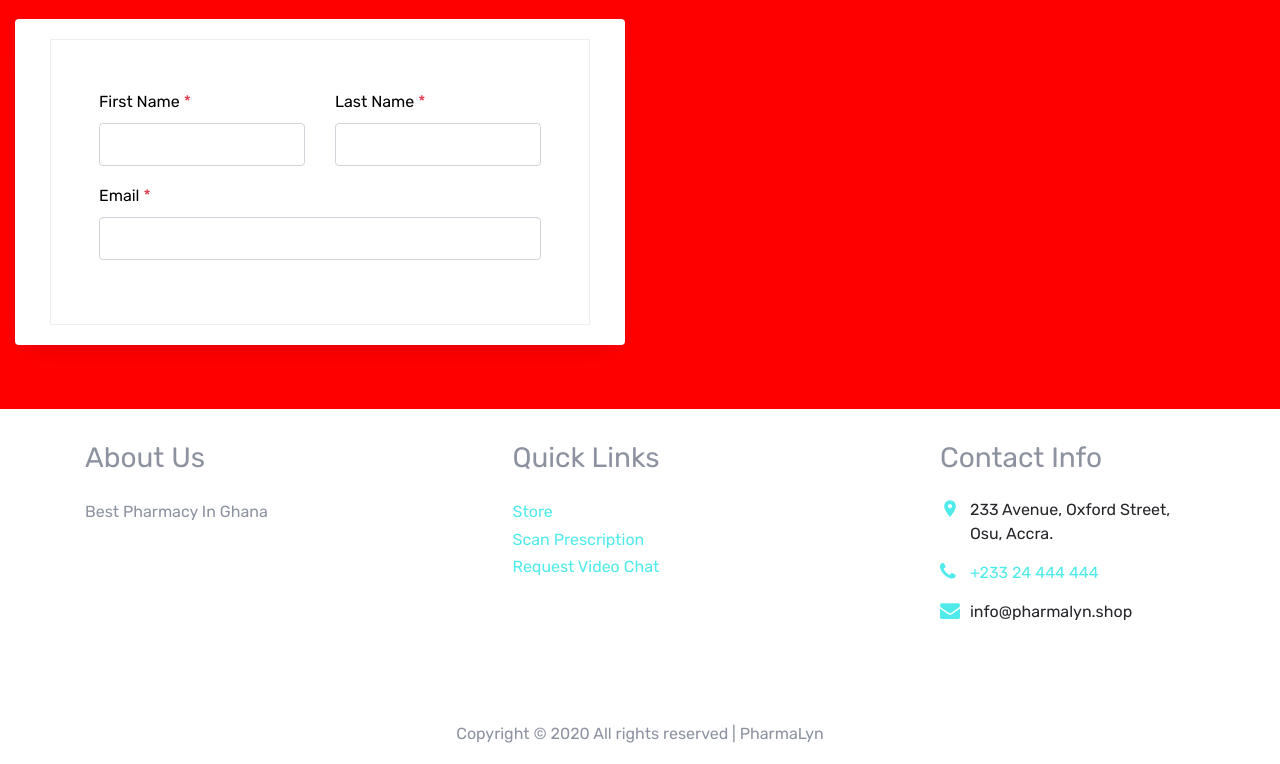
Repository: Nat-A/finalyearproject
Page: pharma/index - Copy.html
An editor plug-in stored every save of this project. The page is shown before and after the next save, followed by the edit.
The browser window is 1280 px wide. The pictures show the part of the page from y = 847 to 1799 px (the page is 1611 px tall before and 1799 px after).

Above is the page before, as saved 2020-06-03 12:55:15.

### pharma/index - Copy.html
<!DOCTYPE html>
<html lang="en">

<head>
    <title>PharmaLyn &mdash; HomePage</title>
    <meta charset="utf-8">
    <meta name="viewport" content="width=device-width, initial-scale=1, shrink-to-fit=no">

    <link href="https://fonts.googleapis.com/css?family=Rubik:400,700|Crimson+Text:400,400i" rel="stylesheet">
    <link rel="stylesheet" href="fonts/icomoon/style.css">

    <link rel="stylesheet" href="css/bootstrap.min.css">
    <link rel="stylesheet" href="css/magnific-popup.css">
    <link rel="stylesheet" href="css/jquery-ui.css">
    <link rel="stylesheet" href="css/owl.carousel.min.css">
    <link rel="stylesheet" href="css/owl.theme.default.min.css">


    <link rel="stylesheet" href="css/aos.css">

    <link rel="stylesheet" href="css/style.css">

</head>

<body>

    <div class="site-wrap">

        <!-- navbar  -->
        <div class="site-navbar py-2">

            <div class="search-wrap">
                <div class="container">
                    <a href="#" class="search-close js-search-close"><span class="icon-close2"></span></a>
                    <!-- search feature -->
                    <form action="#" method="post">
                        <input type="text" class="form-control" placeholder="Search drug...">
                    </form>
                </div>
            </div>

            <div class="container">
                <div class="d-flex align-items-center justify-content-between">
                    <div class="logo">
                        <div class="site-logo">
                            <a href="index.html" class="js-logo-clone">PharmaLyn</a>
                        </div>
                    </div>
                    <div class="main-nav d-none d-lg-block">
                        <nav class="site-navigation text-right text-md-center" role="navigation">
                            <ul class="site-menu js-clone-nav d-none d-lg-block">
                                <li class="active"><a href="index.html">Home</a></li>

                                <li class="has-children">
                                    <a href="#">Services</a>
                                    <ul class="dropdown">
                                        <li><a href="shop.html">Store</a></li>
                                        <li><a href="#">Scan Prescription</a></li>
                                        <li><a href="#">Request Video Chat</a></li>
                                    </ul>
                                </li>
                                <li><a href="contact.html">Contact</a></li>
                                <li><a href="about.html">About</a></li>
                                <li><a href="#">Log In / Sign Up  </a></li>
                                <!-- insert modal here -->
                            </ul>
                        </nav>
                    </div>
                    <div class="icons">
                        <a href="#" class="icons-btn d-inline-block js-search-open"><span class="icon-search"></span></a>
                        <a href="cart.html" class="icons-btn d-inline-block bag">
                            <span class="icon-shopping-bag"></span>
                            <!-- subject to the items in the cart -->
                            <span class="number">2</span>
                        </a>
                        <a href="#" class="site-menu-toggle js-menu-toggle ml-3 d-inline-block d-lg-none"><span
                class="icon-menu"></span></a>
                    </div>
                </div>
            </div>
        </div>
        <!-- end of navbar -->


        <!-- site banner -->
        <div class="site-blocks-cover" style="background-image: url('images/pills.jpg');">
            <div class="container">
                <div class="row">
                    <div class="col-lg-7 mx-auto order-lg-2 align-self-center">
                        <div class="site-block-cover-content text-center">
                            <h2 class="sub-title">PharmaLyn, We Care For You</h2>
                            <h1>Welcome To PharmaLyn</h1>
                            <p>
                                <a href="shop.html" class="btn btn-primary px-5 py-3">Shop Now</a>
                            </p>
                        </div>
                    </div>
                </div>
            </div>
        </div>
        <!-- end of banner -->


        <!-- brands -->
        <div class="jumbotron jumbotron-fluid" style="background: red">


            <div class="col-lg-6 mb-5 mb-lg-0 ">
                <a class="banner-1 h-100" style="background: #fff; ">
                    <div class=" align-self-center ">

                        <div class="col-md-12">

                            <form action="#" method="post">

                                <div class="p-3 p-lg-5 border">
                                    <div class="form-group row">
                                        <div class="col-md-6">
                                            <label for="c_fname" class="text-black">First Name <span class="text-danger">*</span></label>
                                            <input type="text" class="form-control" id="c_fname" name="c_fname">
                                        </div>
                                        <div class="col-md-6">
                                            <label for="c_lname" class="text-black">Last Name <span class="text-danger">*</span></label>
                                            <input type="text" class="form-control" id="c_lname" name="c_lname">
                                        </div>
                                    </div>
                                    <div class="form-group row">
                                        <div class="col-md-12">
                                            <label for="c_email" class="text-black">Email <span class="text-danger">*</span></label>
                                            <input type="email" class="form-control" id="c_email" name="c_email" placeholder="">
                                        </div>
                                    </div>




                                </div>
                            </form>
                        </div>
                    </div>
                </a>
            </div>








        </div>
    </div>
    <div class="container ">
        <div class="row ">
            <div class="col-md-6 col-lg-3 mb-4 mb-lg-0 ">

                <div class="block-7 ">
                    <h3 class="footer-heading mb-4 ">About Us</h3>
                    <p>Best Pharmacy In Ghana</p>
                </div>

            </div>
            <div class="col-lg-3 mx-auto mb-5 mb-lg-0 ">
                <h3 class="footer-heading mb-4 ">Quick Links</h3>
                <ul class="list-unstyled ">
                    <li><a href="shop.html ">Store</a></li>
                    <li><a href="# ">Scan Prescription</a></li>
                    <li><a href="# ">Request Video Chat</a></li>
                </ul>
            </div>

            <div class="col-md-6 col-lg-3 ">
                <div class="block-5 mb-5 ">
                    <h3 class="footer-heading mb-4 ">Contact Info</h3>
                    <ul class="list-unstyled ">
                        <li class="address ">233 Avenue, Oxford Street, Osu, Accra. </li>
                        <li class="phone "><a href="tel:// ">+233 24 444 444</a></li>
                        <li class="email ">info@pharmalyn.shop</li>
                    </ul>
                </div>
            </div>
        </div>
        <div class="row pt-5 text-center ">
            <div class="col-md-12 ">
                <p>
                    Copyright &copy;
                    <script>
                        document.write(new Date().getFullYear());
                    </script> All rights reserved | PharmaLyn
                </p>
            </div>
        </div>
    </div>
    </footer>
    <!-- end of footer -->
    </div>

    <script src="js/jquery-3.3.1.min.js "></script>
    <script src="js/jquery-ui.js "></script>
    <script src="js/popper.min.js "></script>
    <script src="js/bootstrap.min.js "></script>
    <script src="js/owl.carousel.min.js "></script>
    <script src="js/jquery.magnific-popup.min.js "></script>
    <script src="js/aos.js "></script>

    <script src="js/main.js "></script>

</body>

</html>

Loaded but not shown: pharma/fonts/icomoon/style.css (common file); pharma/css/bootstrap.min.css (library); pharma/css/magnific-popup.css (library); pharma/css/jquery-ui.css (library); pharma/css/owl.carousel.min.css (common file); pharma/css/owl.theme.default.min.css (common file); pharma/css/aos.css (library); pharma/js/jquery-3.3.1.min.js (library); pharma/js/jquery-ui.js (library); pharma/js/popper.min.js (library); pharma/js/bootstrap.min.js (library); pharma/js/owl.carousel.min.js (library); pharma/js/jquery.magnific-popup.min.js (library); pharma/js/aos.js (library); pharma/js/main.js (219 lines, source omitted); pharma/css/style.css (1125 lines, source omitted)

After the next save:
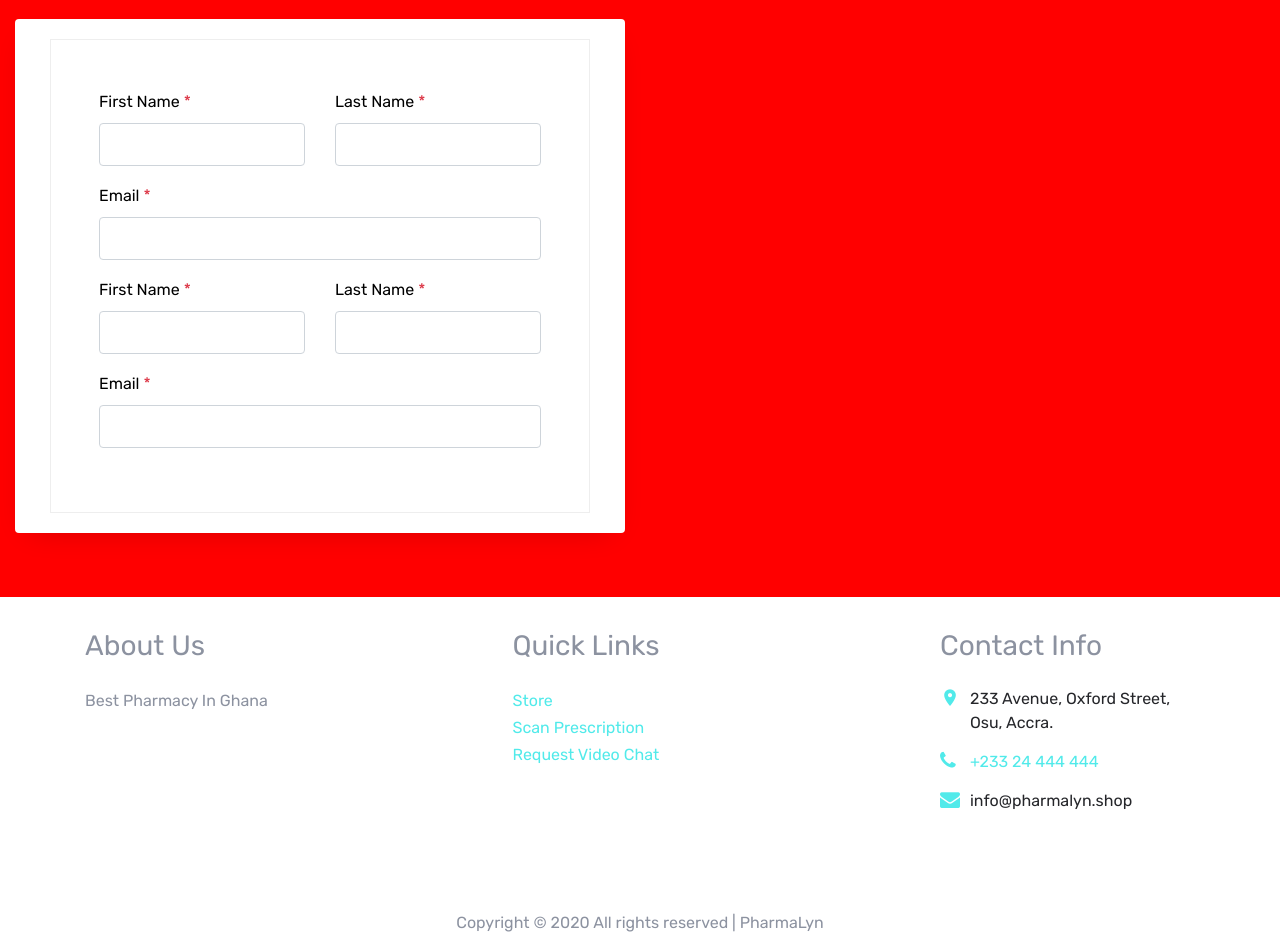
Saved 28 s later.
--- a/pharma/index - Copy.html
+++ b/pharma/index - Copy.html
@@ -130,6 +130,22 @@
                                             <input type="email" class="form-control" id="c_email" name="c_email" placeholder="">
                                         </div>
                                     </div>
+                                    <div class="form-group row">
+                                        <div class="col-md-6">
+                                            <label for="c_fname" class="text-black">First Name <span class="text-danger">*</span></label>
+                                            <input type="text" class="form-control" id="c_fname" name="c_fname">
+                                        </div>
+                                        <div class="col-md-6">
+                                            <label for="c_lname" class="text-black">Last Name <span class="text-danger">*</span></label>
+                                            <input type="text" class="form-control" id="c_lname" name="c_lname">
+                                        </div>
+                                    </div>
+                                    <div class="form-group row">
+                                        <div class="col-md-12">
+                                            <label for="c_email" class="text-black">Email <span class="text-danger">*</span></label>
+                                            <input type="email" class="form-control" id="c_email" name="c_email" placeholder="">
+                                        </div>
+                                    </div>
 
 
 

After the save that followed:
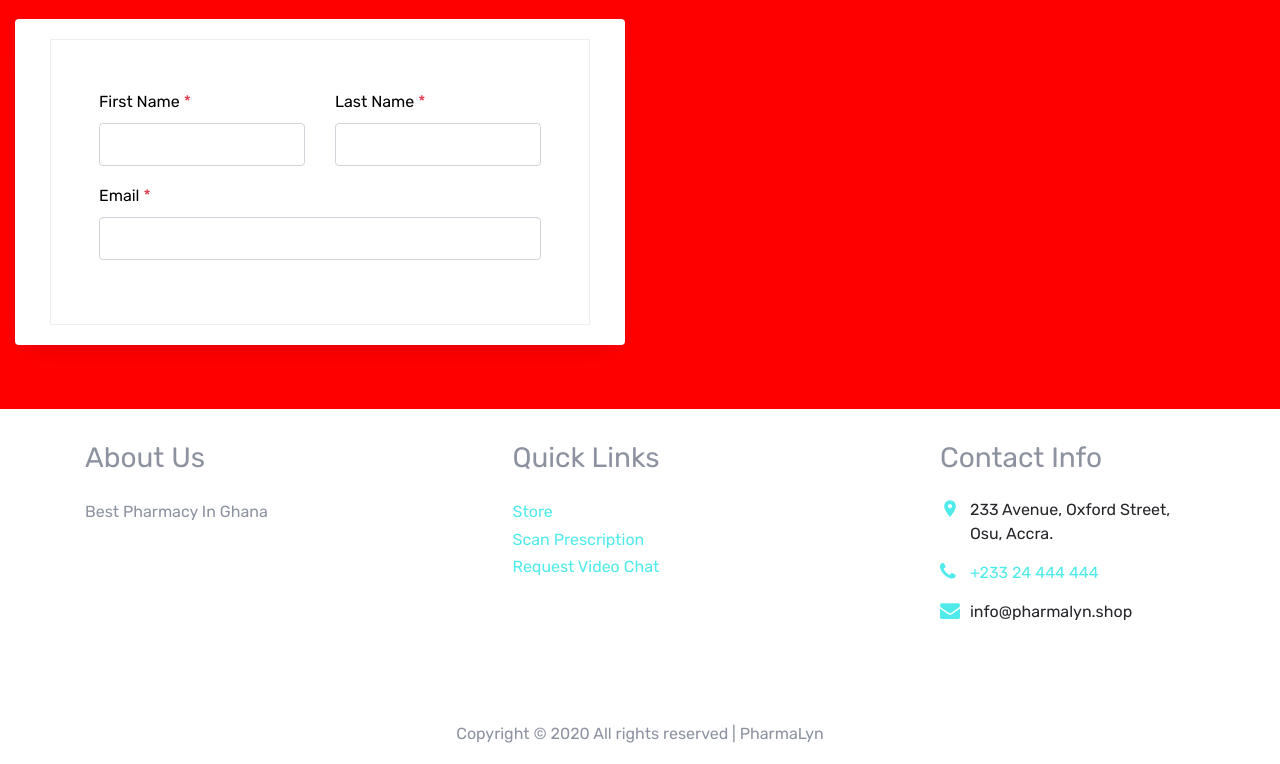
Saved 17 s later.
--- a/pharma/index - Copy.html
+++ b/pharma/index - Copy.html
@@ -130,22 +130,6 @@
                                             <input type="email" class="form-control" id="c_email" name="c_email" placeholder="">
                                         </div>
                                     </div>
-                                    <div class="form-group row">
-                                        <div class="col-md-6">
-                                            <label for="c_fname" class="text-black">First Name <span class="text-danger">*</span></label>
-                                            <input type="text" class="form-control" id="c_fname" name="c_fname">
-                                        </div>
-                                        <div class="col-md-6">
-                                            <label for="c_lname" class="text-black">Last Name <span class="text-danger">*</span></label>
-                                            <input type="text" class="form-control" id="c_lname" name="c_lname">
-                                        </div>
-                                    </div>
-                                    <div class="form-group row">
-                                        <div class="col-md-12">
-                                            <label for="c_email" class="text-black">Email <span class="text-danger">*</span></label>
-                                            <input type="email" class="form-control" id="c_email" name="c_email" placeholder="">
-                                        </div>
-                                    </div>
 
 
 
